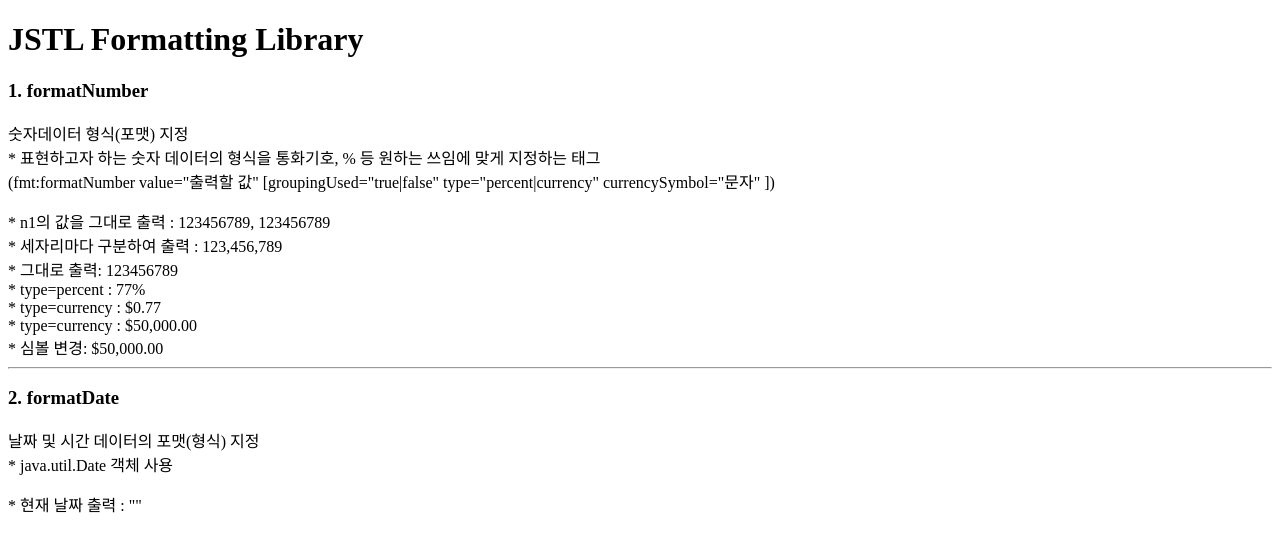
Repository: Developer-Choi-Jae-Young/ServletPractice
Page: http://localhost/3_elAction/views/3_Custom_Action/02_fmt.jsp
These files come from the project's save history. The page is drawn as it stood at one moment and after the next save; the edit follows.
The browser window is 1280 px wide. The pictures show the whole page.
The page is served by Tomcat 9. Other server files are loaded and not shown.

Above is the page before, as saved 2024-08-28 01:41:13.

### 3_elAction/src/main/webapp/views/3_Custom_Action/02_fmt.jsp
<%@page import="java.util.Date"%>
<%@ page language="java" contentType="text/html; charset=UTF-8"
    pageEncoding="UTF-8"%>
<%@ taglib prefix="c" uri="http://java.sun.com/jsp/jstl/core" %>
<%@ taglib prefix="fmt" uri="http://java.sun.com/jsp/jstl/fmt" %>
<!DOCTYPE html>
<html>
<head>
<meta charset="UTF-8">
<title>JSTL - fmt</title>
</head>
<body>
	<h1>JSTL Formatting Library</h1>

	<h3>1. formatNumber</h3>
	<p>
		숫자데이터 형식(포맷) 지정 <br>
		* 표현하고자 하는 숫자 데이터의 형식을 통화기호, % 등 원하는 쓰임에 맞게 지정하는 태그 <br>

		(fmt:formatNumber value="출력할 값" [groupingUsed="true|false"
											type="percent|currency"
											currencySymbol="문자"
										  ])
	</p>

	<%-- n1, n2, n3 변수에 각각 123456789, 0.77, 50000이라는 값을 저장 --%>
	<c:set var="n1" value="123456789"/>
	<c:set var="n2" value="0.77"/>
	<c:set var="n3" value="50000"/>

	* n1의 값을 그대로 출력 : <c:out value="${ n1 }"/>, ${ n1 } <br>
	* 세자리마다 구분하여 출력 : <fmt:formatNumber value="${ n1 }"/>
	<%-- groupingUsed 속성의 기본값: true --%> <br>
	* 그대로 출력: <fmt:formatNumber value="${ n1 }" groupingUsed="false"/> <br>

	* type=percent : <fmt:formatNumber value="${ n2 }" type="percent"/> <br>
	* type=currency : <fmt:formatNumber value="${ n2 }" type="currency"/> <br>

	* type=currency : <fmt:formatNumber value="${ n3 }" type="currency"/> <br>
	* 심볼 변경: <fmt:formatNumber value="${ n3 }" type="currency" currencySymbol="$"/> <br>

	<hr>

	<h3>2. formatDate</h3>
	<p>
	 	날짜 및 시간 데이터의 포맷(형식) 지정 <br>
	 	* java.util.Date 객체 사용
	</p>

	<%-- today라는 변수에 현재 날짜 데이터를 저장  --%>
	<c:set var="today" value="<%= new Date() %>"/>

	* 현재 날짜 출력 : ""
</body>
</html>

After the next save:
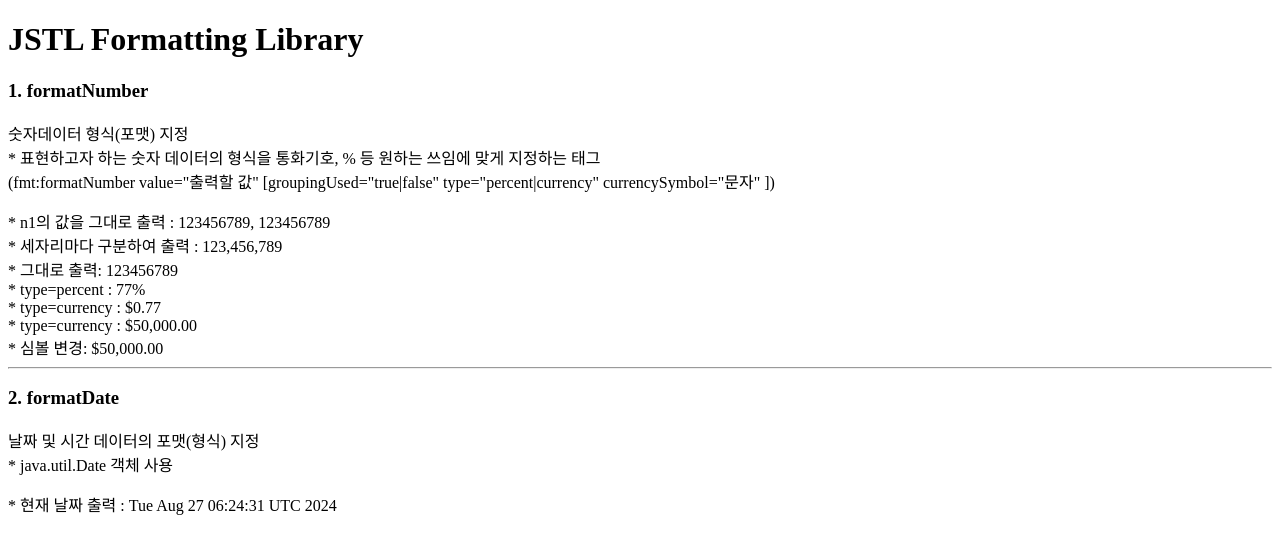
Saved 11 s later.
--- a/3_elAction/src/main/webapp/views/3_Custom_Action/02_fmt.jsp
+++ b/3_elAction/src/main/webapp/views/3_Custom_Action/02_fmt.jsp
@@ -50,6 +50,6 @@
 	<%-- today라는 변수에 현재 날짜 데이터를 저장  --%>
 	<c:set var="today" value="<%= new Date() %>"/>
 
-	* 현재 날짜 출력 : ""
+	* 현재 날짜 출력 : ${ today } <br>
 </body>
 </html>
